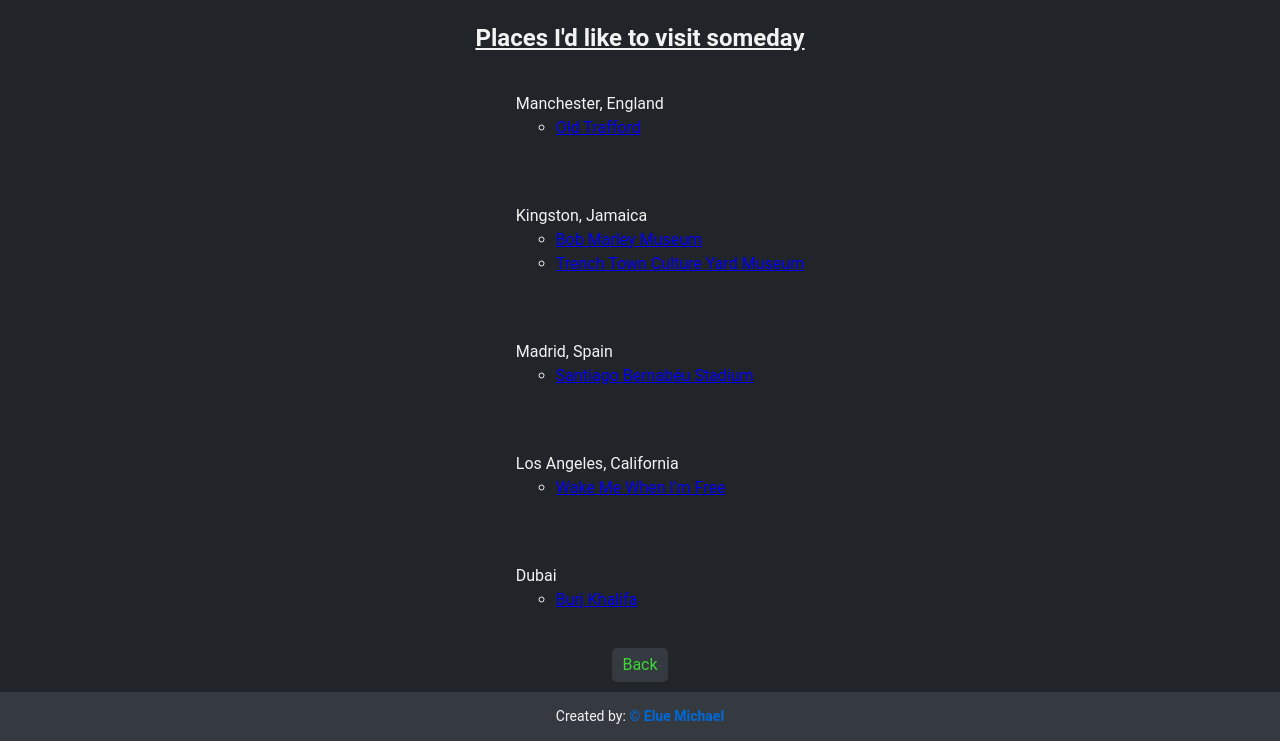
Repository: MikkyPrestige/html-website
Page: pages/places.html
The author's editor kept a copy of each file at every save. The page is drawn from the files as they stood at one save, then again after the next save.
The browser window is 1280 px wide. The pictures show the whole page.

Above is the page before, as saved 2023-04-29 14:23:18.

After the next save:
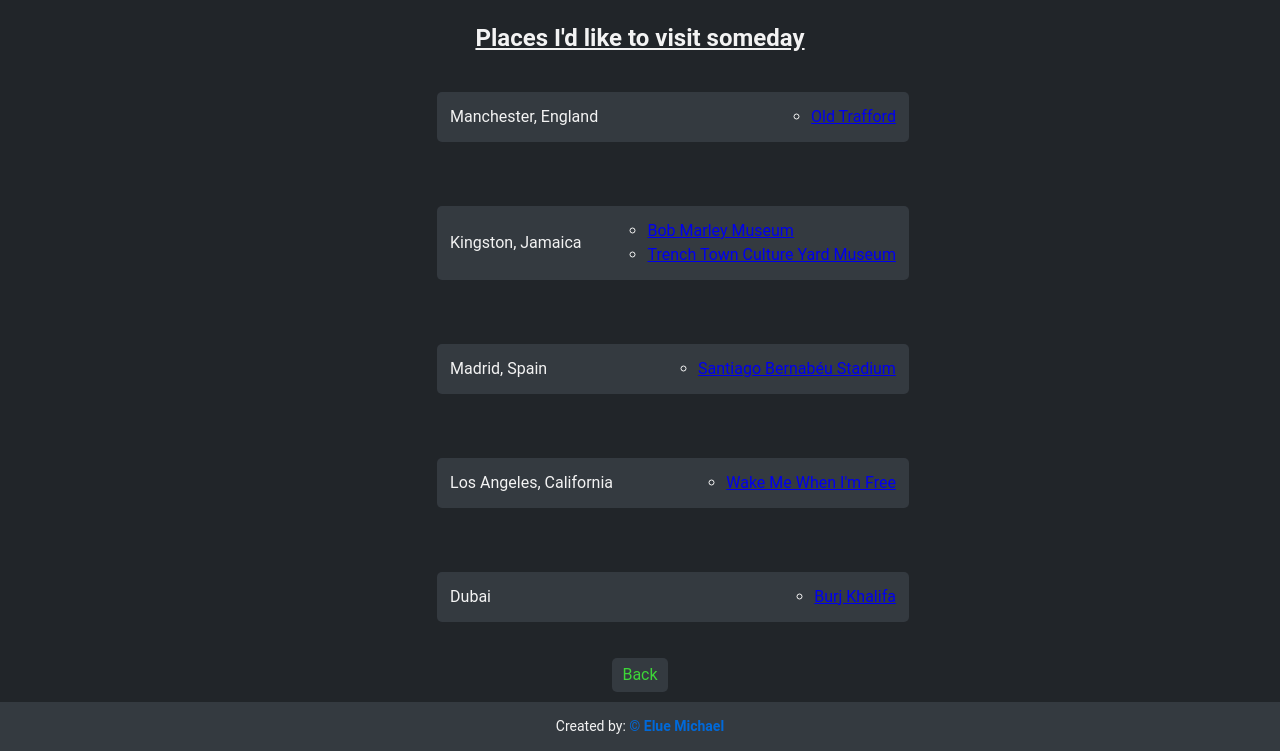
Saved 36 s later.
--- a/index.css
+++ b/index.css
@@ -217,6 +217,16 @@
   text-decoration: underline;
 }
 
+.place-list {
+  display: flex;
+  justify-content: space-between;
+  align-items: center;
+  width: 100%;
+  max-width: 500px;
+  padding: 13px;
+  border-radius: 5px;
+  background-color: #343a40;
+}
 
 
 
